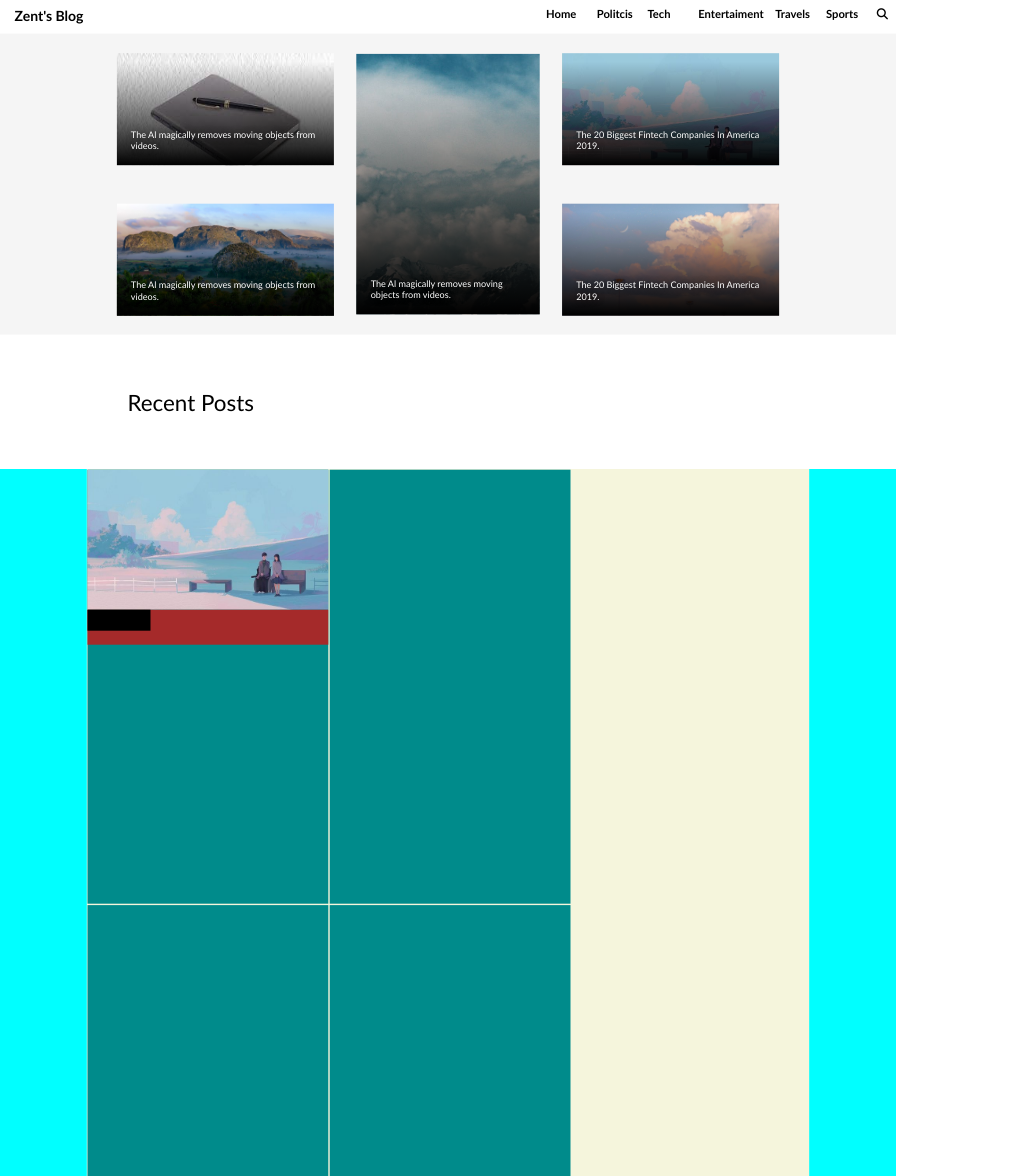
Repository: giacatdat2k5/html3
Page: html3.vs/7.1.html
The author's editor kept a copy of each file at every save. The page is drawn from the files as they stood at one save, then again after the next save.
The browser window is 1280 px wide. The page is 1462 px wide, so the pictures cover 1462 px, including what lies to the right of the window. The pictures show the part of the page from y = 0 to 1680 px (the page is 3779 px tall), at 70% of full size.

Above is the page before, as saved 2023-09-27 15:10:44.

After the next save:
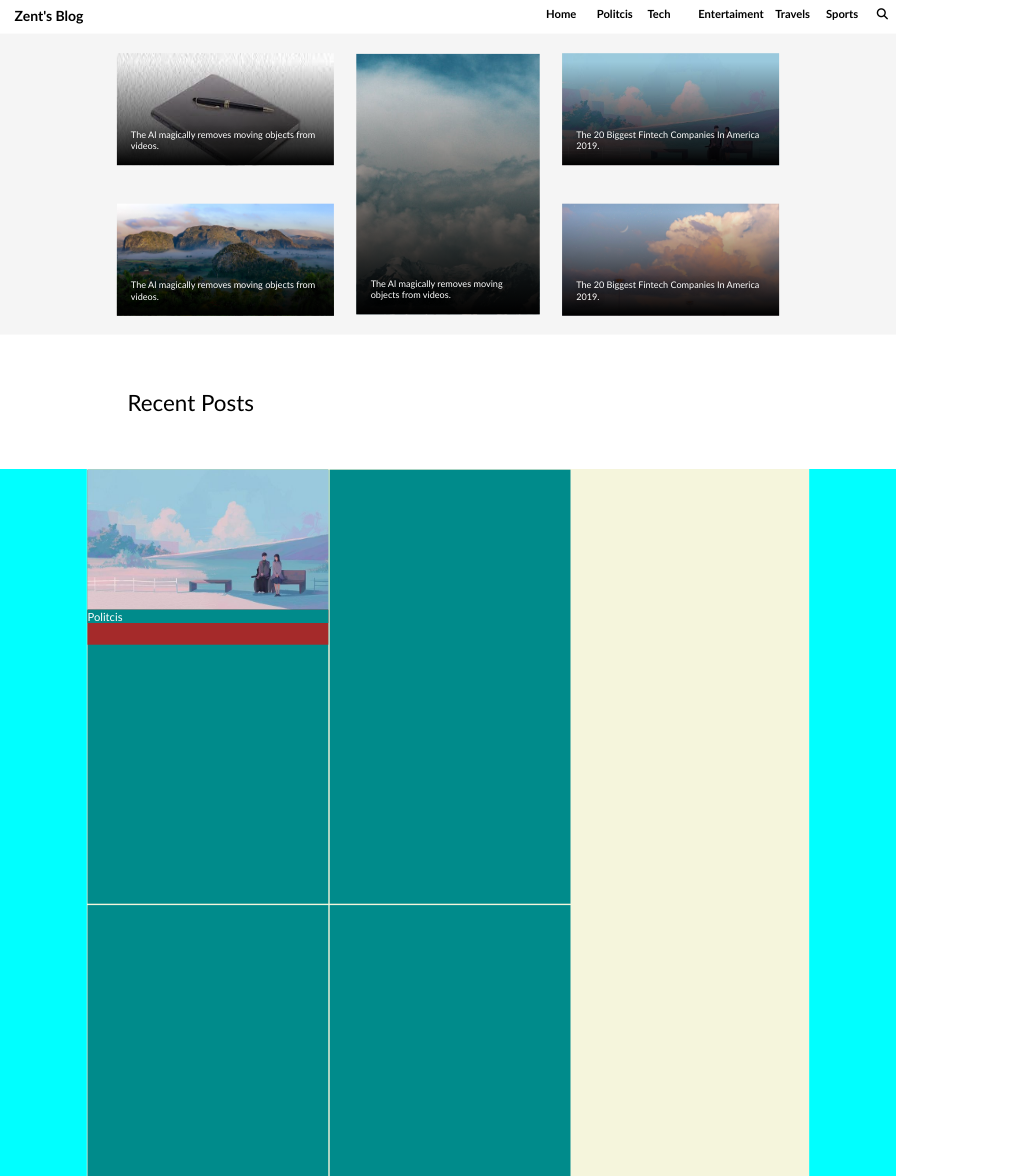
Saved 4 s later.
--- a/html3.vs/7.1.css
+++ b/html3.vs/7.1.css
@@ -176,8 +176,7 @@
     background-color: brown;
 }
 .tagitem{
-    width: 90px;
-    height: 30px;
-    background-color: black;
+    color: white;
+    background-color: darkcyan;
 }
 }
